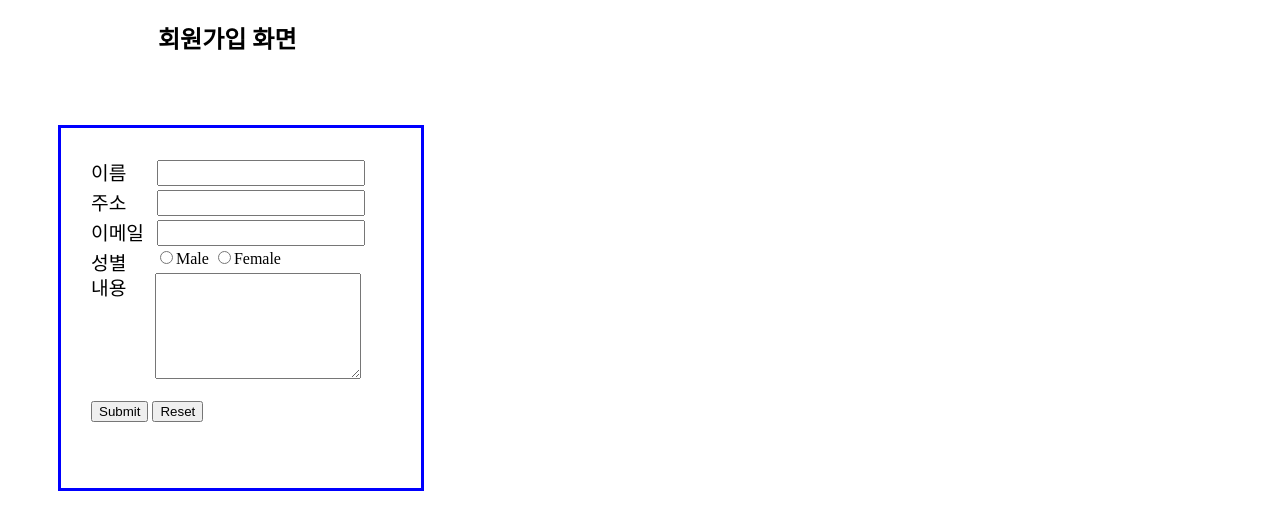
Repository: solsol7/ddit-html
Page: webpro/WebContent/0628/회원가입.html
An editor plug-in stored every save of this project. The page is shown before and after the next save, followed by the edit.
The browser window is 1280 px wide. The pictures show the whole page.

Above is the page before, as saved 2023-06-28 10:50:01.

After the next save:
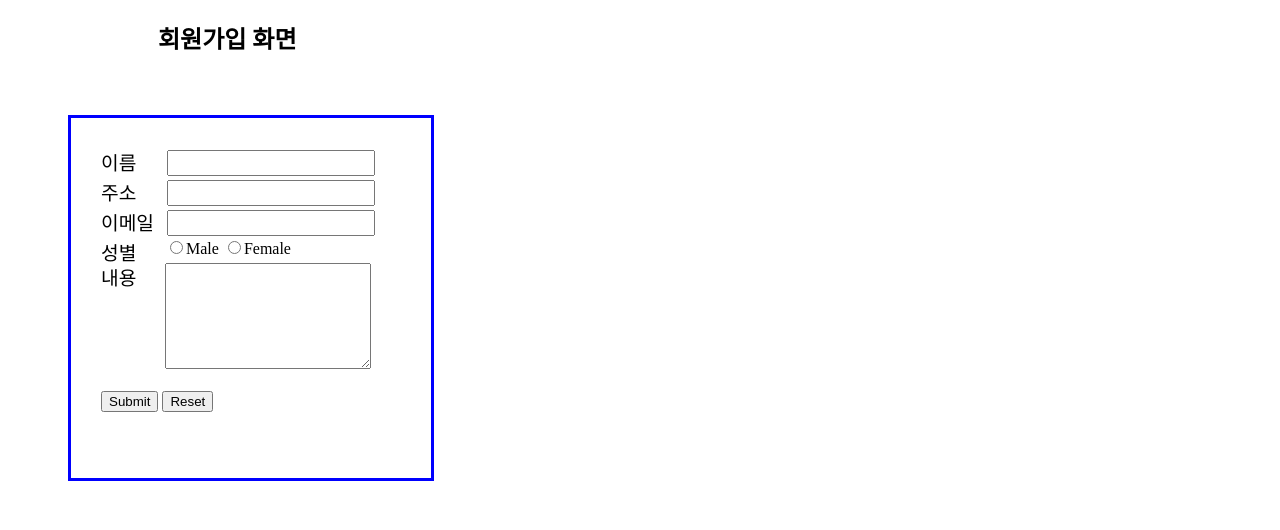
Saved 12 s later.
--- a/webpro/WebContent/0628/회원가입.html
+++ b/webpro/WebContent/0628/회원가입.html
@@ -12,8 +12,8 @@
   width : 300px;
   height : 300px;
   padding : 30px;
-  margin-left : 50px;
-  margin-top : 70px;
+  margin-left : 60px;
+  margin-top : 60px;
 }
 label{
   display : inline-block;
